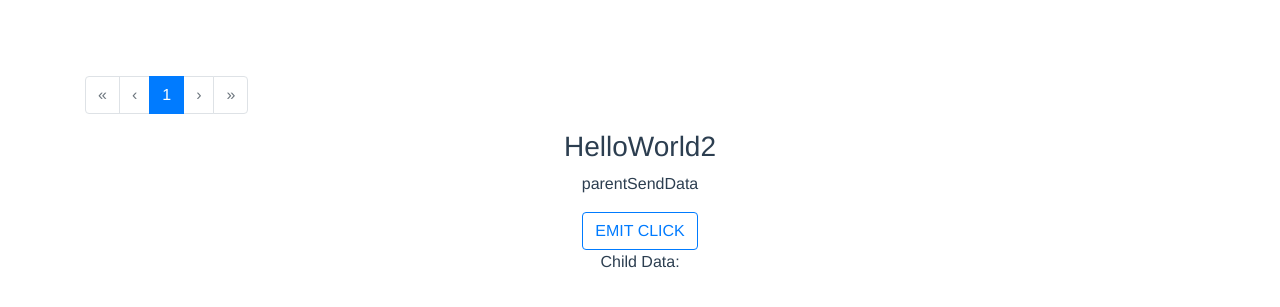
Repository: iian0910/bootstrapVue-demo
Page: /
An editor plug-in stored every save of this project. The page is shown before and after the next save, followed by the edit.
The browser window is 1280 px wide. The pictures show the whole page.
The page's requests for data from a server got no answer. The project was rebuilt for these pictures with package versions that can differ from the ones it lists, and the page was loaded fresh each time. No one was signed in, and anything a server would have sent is missing.

Above is the page before, as saved 2021-04-26 12:27:25.

After the next save:
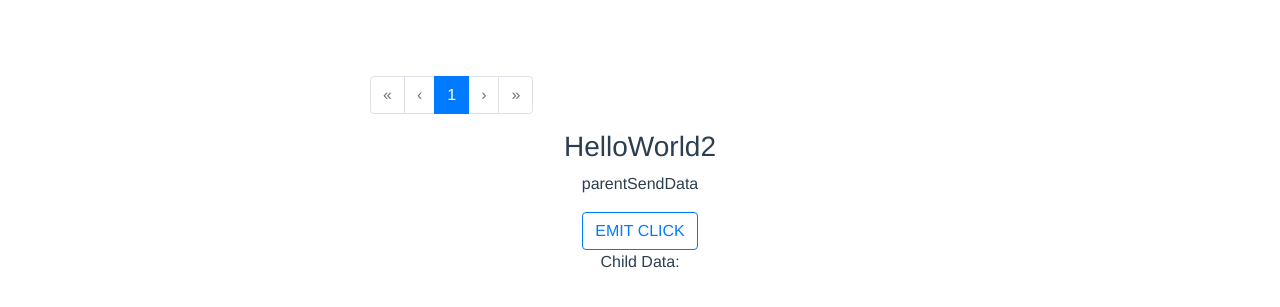
Saved 65 s later.
--- a/src/components/HelloWorld.vue
+++ b/src/components/HelloWorld.vue
@@ -2,7 +2,7 @@
   <div>
     <div class="container">
       <div class="row">
-        <div class="col-6 off-col-3">
+        <div class="col-6 offset-3">
           <!-- Table: 基本款 -->
           <!-- <b-table striped hover :items="sliceDate"></b-table> -->
 
